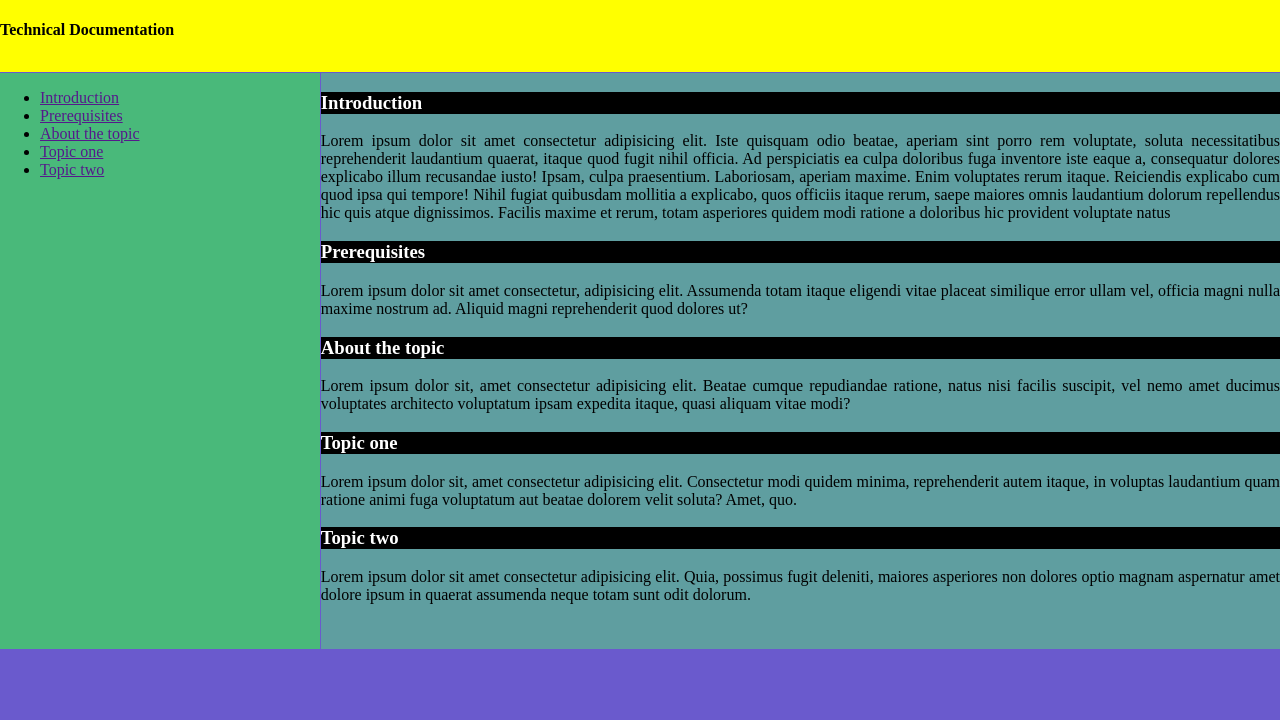
Repository: JoaoLemesDEV/Excercise-Tech-Documentation-Page
Page: index.html
An editor plug-in stored every save of this project. The page is shown before and after a run of saves, followed by the edit.
The browser window is 1280 px wide. The pictures show the whole page.

Above is the page before, as saved 2021-10-03 22:10:15.

### index.html
<!DOCTYPE html>
<html lang="en">
  <head>
    <meta charset="UTF-8" />
    <meta http-equiv="X-UA-Compatible" content="IE=edge" />
    <meta name="viewport" content="width=device-width, initial-scale=1.0" />
    <title>Technical Documentaion</title>
    <link rel="stylesheet" href="index.css" />
  </head>
  <body>
    <div class="wrapper">
      <header><h4>Technical Documentation</h4></header>
      <aside>
        <nav>
          <ul>
            <li><a href="">Introduction</a></li>
            <li><a href="">Prerequisites</a></li>
            <li><a href="">About the topic</a></li>
            <li><a href="">Topic one</a></li>
            <li><a href="">Topic two</a></li>
          </ul>
        </nav>
      </aside>
      <main>
        <section id="introduction">
          <h3 style="background: black; color: white">Introduction</h3>
          <p>
            Lorem ipsum dolor sit amet consectetur adipisicing elit. Iste
            quisquam odio beatae, aperiam sint porro rem voluptate, soluta
            necessitatibus reprehenderit laudantium quaerat, itaque quod fugit
            nihil officia. Ad perspiciatis ea culpa doloribus fuga inventore
            iste eaque a, consequatur dolores explicabo illum recusandae iusto!
            Ipsam, culpa praesentium. Laboriosam, aperiam maxime. Enim
            voluptates rerum itaque. Reiciendis explicabo cum quod ipsa qui
            tempore! Nihil fugiat quibusdam mollitia a explicabo, quos officiis
            itaque rerum, saepe maiores omnis laudantium dolorum repellendus hic
            quis atque dignissimos. Facilis maxime et rerum, totam asperiores
            quidem modi ratione a doloribus hic provident voluptate natus
          </p>
        </section>
        <section id="Prerequisites">
          <h3 style="background: black; color: white">Prerequisites</h3>
          <p>
            Lorem ipsum dolor sit amet consectetur, adipisicing elit. Assumenda
            totam itaque eligendi vitae placeat similique error ullam vel,
            officia magni nulla maxime nostrum ad. Aliquid magni reprehenderit
            quod dolores ut?
          </p>
        </section>
        <section id="about the topic">
          <h3 style="background: black; color: white">About the topic</h3>
          <p>
            Lorem ipsum dolor sit, amet consectetur adipisicing elit. Beatae
            cumque repudiandae ratione, natus nisi facilis suscipit, vel nemo
            amet ducimus voluptates architecto voluptatum ipsam expedita itaque,
            quasi aliquam vitae modi?
          </p>
        </section>
        <section id="topic one">
          <h3 style="background: black; color: white">Topic one</h3>
          <p>
            Lorem ipsum dolor sit, amet consectetur adipisicing elit.
            Consectetur modi quidem minima, reprehenderit autem itaque, in
            voluptas laudantium quam ratione animi fuga voluptatum aut beatae
            dolorem velit soluta? Amet, quo.
          </p>
        </section>
        <section id="topic two">
          <h3 style="background: black; color: white">Topic two</h3>
          <p>
            Lorem ipsum dolor sit amet consectetur adipisicing elit. Quia,
            possimus fugit deleniti, maiores asperiores non dolores optio magnam
            aspernatur amet dolore ipsum in quaerat assumenda neque totam sunt
            odit dolorum.
          </p>
        </section>
      </main>
      <footer></footer>
    </div>
  </body>
</html>

### index.css
html body {
  margin: 0;
  padding: 0;
  box-sizing: border-box;
  background-color: slateblue;
}
.wrapper {
  display: grid;
  grid-template-columns: 1fr 3fr;
  grid-template-rows: 10vh 80vh;
  grid-gap: 1px 1px;
  grid-template-areas: "h h" "a m" "f f";
}

header {
  background-color: yellow;
  grid-area: h;
}

aside {
  background-color: rgb(73, 185, 122);
  grid-area:a;
}

main {
  background-color: cadetblue;
  text-align: justify;
  grid-area: m;
}

footer {
  background-color: red;
  grid-area: f;
}

After the next 2 saves:
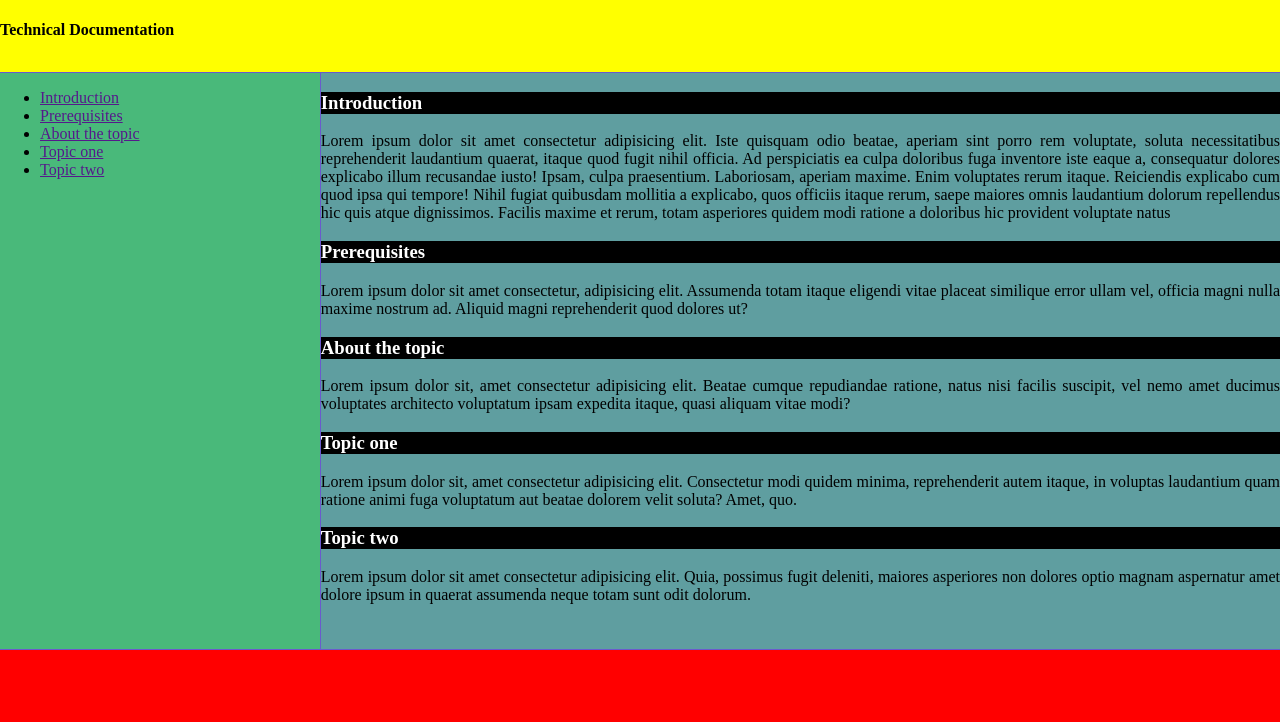
The 2 saves are shown as one change because they came seconds apart.
The last was saved 7 s later.
--- a/index.css
+++ b/index.css
@@ -7,7 +7,7 @@ html body {
 .wrapper {
   display: grid;
   grid-template-columns: 1fr 3fr;
-  grid-template-rows: 10vh 80vh;
+  grid-template-rows: 10vh 80vh 10vh;
   grid-gap: 1px 1px;
   grid-template-areas: "h h" "a m" "f f";
 }
